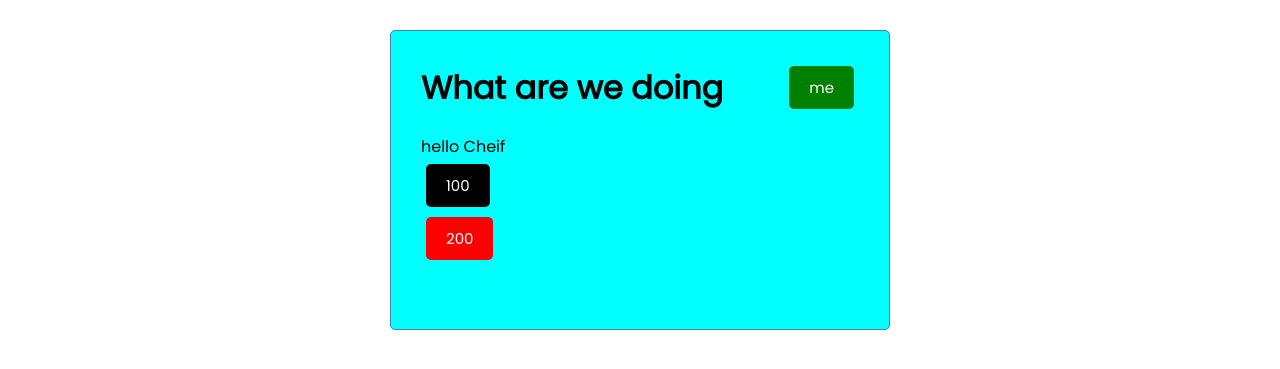
Repository: Jeffkw213/Learning_react
Page: / (app in myapp/)
An editor plug-in stored every save of this project. The page is shown before and after a run of saves, followed by the edit.
The browser window is 1280 px wide. The pictures show the whole page.
The project was rebuilt for these pictures with package versions that can differ from the ones it lists, and the page was loaded fresh each time.

Above is the page before, as saved 2021-04-30 16:05:38.

After the next 3 saves:
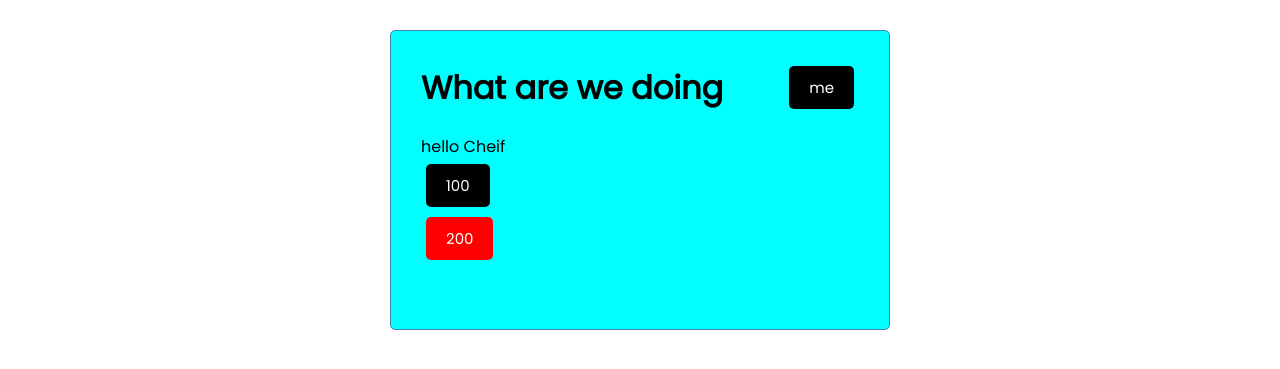
The 3 saves are shown as one change because 1 did not build or start and some came seconds apart.
The last was saved 18 s later.
--- a/myapp/src/Components/header.js
+++ b/myapp/src/Components/header.js
@@ -4,7 +4,7 @@ const Header = ({title, onAdd, showAdd}) => {
     return (
         <header className= 'header'>
             <h1>{title}</h1>
-            <Button color='green' name='me' onClick={onAdd}/>
+            <Button color={showAdd } name='me' onClick={onAdd}/>
         </header>
     )
 }
